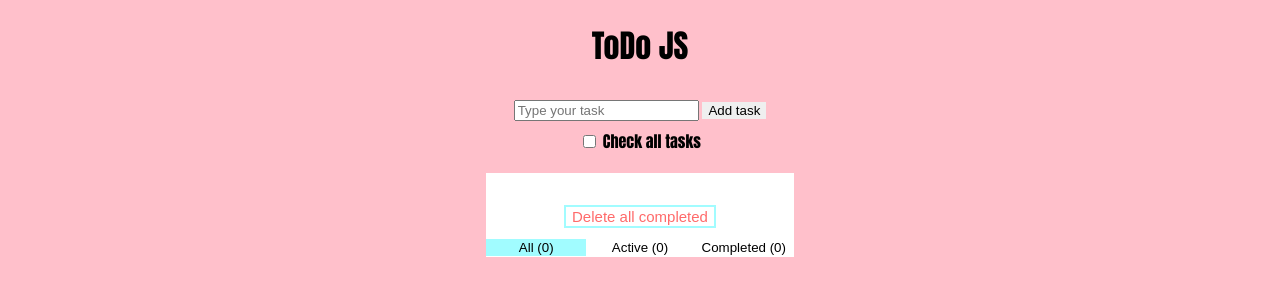
Repository: mklyagin/klyagin_todojs
Page: index.html
The author's editor kept a copy of each file at every save. The page is drawn from the files as they stood at one save, then again after the next save.
The browser window is 1280 px wide. The pictures show the whole page.

Above is the page before, as saved 2024-02-28 09:10:11.

### index.html
<!DOCTYPE html>
<html lang="en">
  <head>
    <meta charset="UTF-8">
    <meta name="viewport" content="width=device-width, initial-scale=1.0">
    <title>ToDo JS</title>
    <link rel="stylesheet" href="./style.css">
  </head>
  <body>
    <h1>ToDo JS</h1>
    <div class="input-section">
      <input maxlength="15" id="enter-task-input" placeholder="Type your task">
      <button type="button" id="add-task-button">Add task</button>
    </div>
    <div class ='check-all-task'>
      <input type="checkbox" id="check-all-checkbox">
      <span>Check all tasks</span>
    </div>
    <div class="task-functions">
      <ul id="task-list"></ul>
      <button type="button" id="delete-all-completed-button">
        Delete all completed
      </button>
      <div id="tabulation">
        <button id="show-all" class="tab-button active">All (0)</button>
        <button id="show-active" class="tab-button">Active (0)</button>
        <button id="show-completed" class="tab-button" >Completed (0)</button>
      </div>
    </div>
    <div id="pagination"></div>
    <script src="./script.js"></script>
  </body>
</html>

### style.css

body {
  display: flex;
  flex-direction: column;
  margin: auto;
  align-items: center;
  justify-content: center;
  font-family: Impact, Haettenschweiler, 'Arial Narrow Regular', sans-serif;
  background-color: pink;
}

body > h1 {
  font-family: Impact, Haettenschweiler, 'Arial Narrow Bold', sans-serif;
}

button {
 border: none;
}

ul {
  padding: 0;
  width: 300px;
  display: flex;
  flex-direction: column;
  align-items: center;
}

li {
  text-decoration: none;
  list-style-type: none;
  background-color: #a1fcff;
  display: flex;
  flex-direction: row;
  align-items: center;
  justify-content: space-around;
  width: 250px;
  margin: 5px 0;
  border-radius: 5px;
  height: 40px;
}

#enter-task-input {
  margin: 0;
}

#add-task-button {
  margin: 0;
}

.delete-task {
  background-color: rgb(255, 88, 88);
}

.task-functions {
  margin: 20px 20px;
  display: flex;
  flex-direction: column;
  align-items: center;
  justify-content: space-between;
  background: #ffffff;
}

.task-functions > button {
  background-color: inherit;
}

#add-task-button {
  margin: 10px 0;

}

.tabulation {
  margin-top: 40px;
  background-color: inherit;
}

.tab-button {
  background-color: inherit;
  width: 100px;
}

#delete-all-completed-button {
  color: rgb(255, 106, 106);
  font-size: 15px;
  margin-bottom: 5px;
  border: 2px solid #a1fcff;
}

.hidden-element {
  display: none;
}

.active {
  background-color: #a1fcff;
}

.page-number {
  border: 1px solid black;
  border-radius: 100%;
}

### script.js
(() => {
  const buttonTaskAdd = document.querySelector('#add-task-button');
  const inputTask = document.querySelector('#enter-task-input');
  const ulTask = document.querySelector('#task-list');
  const checkAllCheckbox = document.querySelector('#check-all-checkbox');
  const deleteAllCompletedButton = document.querySelector('#delete-all-completed-button');
  const tabulationDiv = document.querySelector('#tabulation');
  const paginationDiv = document.querySelector('#pagination');

  const ENTER_KEY = 'Enter';
  const ESCAPE_KEY = 'Escape';
  const QUANTITY_OF_TASKS = 5;

  let taskList = [];
  let taskListPages = [[]];
  let filterType = 0;
  let currentPage = 0;

  const strValidation = (inputStr) => inputStr.replace(/[!@#$%^&*()'"`<>;:]/g, '');

  const checkAllTaskStates = () => {
    checkAllCheckbox.checked = taskList.length
      ? (taskList.every((task) => task.isDone))
      : false;
  };

  const listToPages = (currentList) => {
    taskListPages = [[]];
    let index = 0;
    currentList.forEach((task) => {
      if (taskListPages[index].length === QUANTITY_OF_TASKS) {
        taskListPages.push([]);
        index += 1;
      }
      taskListPages[index].push(task);
    });
  };

  const taskFilter = (currentList) => {
    switch (filterType) {
      case (0):
        return currentList;
      case (1):
        currentList = currentList.filter((task) => !task.isDone);
        return currentList;
      case (2):
        currentList = currentList.filter((task) => task.isDone);
        return currentList;
      default:
        return undefined;
    }
  };

  const taskValidation = () => {
    taskList.forEach((task) => {
      task.title = task.title.trim();
    });
    taskList = taskList.filter((task) => task.title.length);
  };
  const taskFilterCounter = () => {
    const counter = {
      total: taskList.length,
      active: (taskList.filter((task) => !task.isDone)).length,
      completed: (taskList.filter((task) => task.isDone)).length,
    };

    return counter;
  };

  const taskRender = (isAdding) => {
    let listOfTasks = '';
    let prePaginationList = '';
    let currentList = [];
    taskValidation();
    currentList = taskFilter(taskList);
    listToPages(currentList);
    if (isAdding) {
      currentPage = taskListPages.length - 1;
    }
    taskListPages[currentPage].forEach((task) => {
      listOfTasks
    += `<li id=${task.id}>
    <input type="checkbox" class="check-task" ${task.isDone ? 'checked' : ''}>
    <span class="task-title">${task.title}</span>
    <input hidden maxlength="15" class="edit-task" id=${task.id} value=${task.title} >
    <button type="button" class="delete-task">X</button>
    </li>`;
    });
    ulTask.innerHTML = listOfTasks;
    checkAllTaskStates();
    const tabNumbers = taskFilterCounter();
    for (let index = 0; index < 3; index += 1) {
      if (index === filterType) {
        tabulationDiv.children[index].classList.add('active');
      } else {
        tabulationDiv.children[index].classList.remove('active');
      }
    }
    tabulationDiv.children[0].innerHTML = `All (${tabNumbers.total})`;
    tabulationDiv.children[1].innerHTML = `Active (${tabNumbers.active})`;
    tabulationDiv.children[2].innerHTML = `Completed (${tabNumbers.completed})`;
    for (let i = 0; i < taskListPages.length; i += 1) {
      prePaginationList += `<button class="page-number ${(i === currentPage ? 'active' : '')}">${i + 1}</button>`;
    }
    paginationDiv.innerHTML = prePaginationList;
  };

  const setPage = (event) => {
    if (event.target.classList.contains('page-number')) {
      currentPage = event.target.innerHTML - 1;
    }
    taskRender();
  };

  const addTask = () => {
    const task = {
      id: Date.now(),
      title: strValidation(inputTask.value),
      isDone: false,
    };

    taskList.push(task);
    inputTask.value = '';
    taskRender(true);
  };

  const editVisibilityToggle = (target) => {
    target.hidden = !target.hidden;
    if (target.className === 'task-title') {
      target.nextElementSibling.hidden = !target.nextElementSibling.hidden;
      target.nextElementSibling.focus();
    } else {
      target.previousElementSibling.hidden = !target.previousElementSibling.hidden;
    }
  };

  const editMode = (event) => {
    if (event.target.className === 'edit-task') {
      if (event.key === ESCAPE_KEY) {
        taskRender();
      } else if (event.key === ENTER_KEY || (event.type === 'blur' && event.sourceCapabilities)) {
        event.target.value = event.target.value.trim();
        if (!event.target.value.length) {
          taskRender();
        } else {
          editVisibilityToggle(event.target.previousElementSibling);
          taskList.forEach((task) => {
            if (task.id === Number(event.target.id)) {
              task.title = strValidation(event.target.value);
            }
          });
          taskRender();
        }
      }
    }
  };

  const eventUlHandlerListener = (event) => {
    const eventTaskID = Number(event.target.parentNode.id);
    const elemClass = event.target.className;
    if (elemClass === 'check-task') {
      taskList.forEach((task) => {
        if (task.id === eventTaskID) {
          task.isDone = event.target.checked;
        }
        checkAllTaskStates();
      });
      taskRender();
    } else if (elemClass === 'delete-task' && event.type === 'click') {
      taskList = taskList.filter((task) => task.id !== eventTaskID);
      taskRender();
    } else if (elemClass === 'task-title' && event.detail === 2) {
      editVisibilityToggle(event.target);
    }
  };

  const inputTaskListener = (event) => {
    if (event.key === ENTER_KEY) {
      addTask();
      inputTask.blur();
    }
  };

  const deleteCompleted = () => {
    taskList = taskList.filter((task) => !task.isDone);
    taskRender();
  };

  const checkAll = () => {
    taskList.forEach((task) => {
      task.isDone = checkAllCheckbox.checked;
    });
    taskRender();
  };

  const paginationCounter = (totalNumber) => {
    switch (totalNumber) {
      case 0:
        return 0;
      case totalNumber < 0:
        return 0;
      default:
        return (Math.ceil(totalNumber / 5) - 1);
    }
  };

  const tabulationListener = (event) => {
    const tabNumbers = taskFilterCounter();
    switch (event.target.id) {
      case ('show-all'):
        filterType = 0;
        currentPage = paginationCounter(tabNumbers.total);
        taskRender();
        break;
      case ('show-active'):
        filterType = 1;
        currentPage = paginationCounter(tabNumbers.active);
        taskRender();
        break;
      case ('show-completed'):
        filterType = 2;
        currentPage = paginationCounter(tabNumbers.completed);
        taskRender();
        break;
      default:
        break;
    }
  };

  ulTask.addEventListener('click', eventUlHandlerListener);
  ulTask.addEventListener('blur', editMode, true);
  ulTask.addEventListener('keydown', editMode);
  buttonTaskAdd.addEventListener('click', addTask);
  inputTask.addEventListener('keydown', inputTaskListener);
  deleteAllCompletedButton.addEventListener('click', deleteCompleted);
  checkAllCheckbox.addEventListener('click', checkAll);
  tabulationDiv.addEventListener('click', tabulationListener);
  paginationDiv.addEventListener('click', setPage);
})();

After the next save:
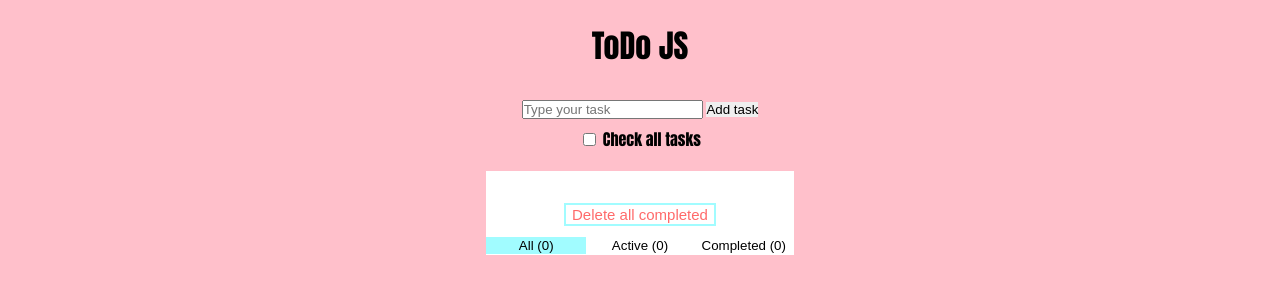
Saved 36 s later.
--- a/style.css
+++ b/style.css
@@ -40,11 +40,11 @@ li {
 }
 
 #enter-task-input {
-  margin: 0;
+  padding: 0;
 }
 
 #add-task-button {
-  margin: 0;
+  padding: 0;
 }
 
 .delete-task {
